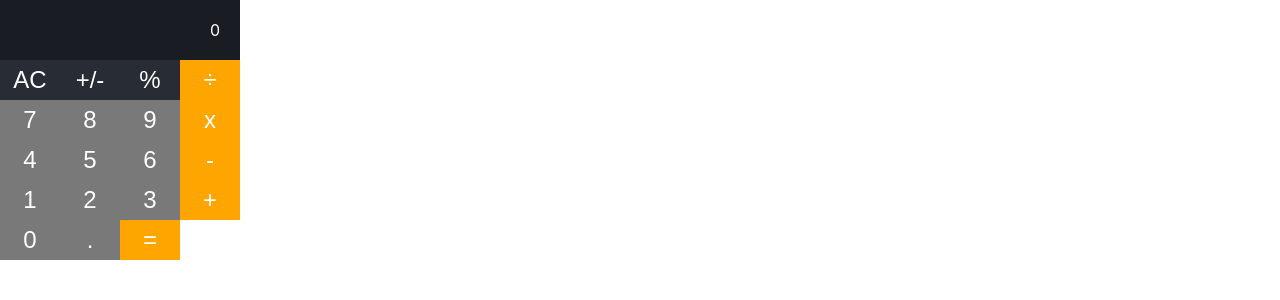
Repository: catsarenotreal/CalculatorWebApp
Page: /
These files come from the project's save history. The page is drawn as it stood at one moment and after the next save; the edit follows.
The browser window is 1280 px wide. The pictures show the whole page.
The project was rebuilt for these pictures with package versions that can differ from the ones it lists, and the page was loaded fresh each time.

Above is the page before, as saved 2024-08-23 16:21:27.

After the next save:
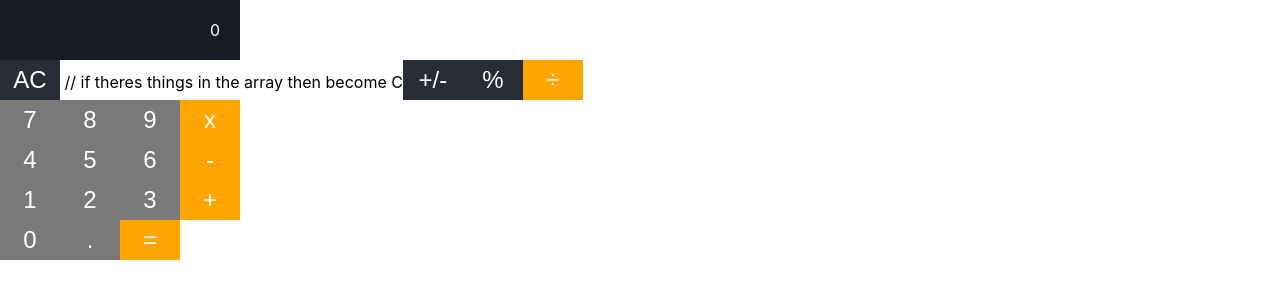
Saved 2 days later.
--- a/src/App.tsx
+++ b/src/App.tsx
@@ -3,25 +3,29 @@
 import { useState } from 'react';
 import './App.css';
 
-let stack : string[] = [];
-let prevOp : operations = "+";
-var currNum : number = NaN;
+let stack : string[] = ['0']; // length should never be 0
+// let prevOp : operations = "+";
+var currNum : number = 0; // number on display to the display screen
 
 // const [display, setDisplay] = useState(0);
 
-type operations = "+" | "-" | "x" | "÷";
+// type operations = "+" | "-" | "x" | "÷";
+const operations = ["+" , "-" , "x" , "÷"] as const;
+type Operations = (typeof operations)[number];
+const isOp = (x:any): x is Operations => operations.includes(x);
 
 type Props = {
   val : string;
   colour : 'orange'|'darkgrey'|'lightgrey';
-  setDisplay : React.Dispatch<React.SetStateAction<number>>;
+  setDisplay : React.Dispatch<React.SetStateAction<string>>;
 }
 
 function refresh(props : Props){
   stack.length = 0;
-  currNum = NaN;
+  stack = ['0'];
+  currNum = 0;
   const setDisplay = props.setDisplay;
-  setDisplay(0);
+  setDisplay('0');
 }
 
 // function takeOp(op : string){
@@ -34,66 +38,98 @@
   // const [display, setDisplay] = useState(0);
   // TODO: after a new number is pressed (after the result of a = has been displayed), do a background refresh
 
-  function calculation(op : string) { // when pressing operations, the prior evaluation is supposed to show
+  function stackBack(val : Operations | string){ // takes in operation, compresses the stack (nothing is returned)
 
-    let newNum : number = Number(stack.join(''));
-    stack.length = 0; // clearing stack
+    // after pressing an operation, work on the previous (if any) calculation and squeeze to one grid
+    // basically when operation is encountered, squeeze previous into a number
+    // assume that prev is number alr
+
+    if (isOp(val)){ // is operation,
+      if (stack.length === 1){ // num only, only need to push in the op
+        stack.push(val);
+      }
+
+      else{ // has num and operation, causes collapse of stack
+        let firstNum : number = Number(stack[0]);
+        let answer = calculation(firstNum, currNum, val);
+        stack.length = 0; // collapsing
+
+        if (answer === "error"){ // for div by 0
+          // setDisplay('Not a Number');
+          return; // returns with stack.lenght == 0
+          // ask to trigger a refresh,when stack.length == 0
+          // division by 0 error
+        }
+        else {
+          stack = [answer.toString()];
+        }
+      }
+
+    }
+
+    else{ // is number
+
+      if (stack.length == 2){ // digit + op only
+        stack.push(val.toString());
+        currNum = Number(val);
+      }
+      else if (stack.length == 1 || stack.length == 3){ // currently on number mode
+        // dont run the op yet
+        // only trying to push the second number tgt
+        // ignore the first two elements
+        currNum = currNum * 10 + Number(val);
+        stack.pop(); // remove current existing number and replace with new one
+        stack.push(currNum.toString());
+
+      }
+    }
+
+
+
+
+
+  }
+
+  function calculation(firstNum : number, secondNum : number, op : Operations) : string | number  {
 
     switch (op){
       case "+": //
-        currNum += newNum;
-        console.log("sums to " + currNum);
-        break;
-      case "-": // TODO: not correct
-        currNum -= newNum;
-        break;
-      case "÷":  // TODO: why does one
-        if (newNum === 0) {
-          setDisplay(NaN);
-          refresh({val, colour, setDisplay }); // display not a number and refresh backend
-          break;
+        return firstNum + secondNum;
+      case "-":
+        return firstNum - secondNum;
+      case "÷":
+        if (secondNum === 0) {
+          // setDisplay(NaN);
+          // refresh({val, colour, setDisplay }); // display not a number and refresh backend
+          return "error";
         }
-        currNum /= newNum;
-        console.log(currNum + " divide by " + newNum);
-        break;
+        return firstNum / secondNum;
       case "x":
-        currNum *= newNum;
-        break;
-
+        return firstNum * secondNum;
     }
-
-    setDisplay(currNum);
-    console.log("calculation: " + currNum);
 
   }
 
   function handleClick(props : Props){
     var val = props.val;
 
-    if (val === "="){
-      val = prevOp;
-    }
-
-    if (val === "+" || val === "-" || val === "x" || val === "÷"){
-      if (Number.isNaN(currNum)){
-        currNum = 0;
-      }
-      prevOp = val;
-      calculation(val);
-      setDisplay(currNum);
-
-    }
-    else if (val === "AC"){
+    if (val === "AC"){
       refresh(props);
     }
-    else{
-      if (Number.isNaN(currNum)){ // initialiser
-        currNum = Number(val);
+    else{ // number
+      // post-operation number
+      if (isOp(val) || !Number.isNaN(Number(val))){
+        stackBack(val);
       }
-      stack.push(val);
-      let newNum : number = Number(stack.join(''));
-      console.log("number selected: " + newNum);
-      setDisplay(newNum);
+
+      if (stack.length == 0){ // division by 0 has occured, trigger refresh
+        setDisplay("Not a Number");
+        refresh(props); // resets stack length to > 0
+      }
+      else{
+        setDisplay(currNum.toString());
+      }
+
     }
   }
 
@@ -118,14 +154,14 @@
 */
 
 export default function Calc() {
-  const [display, setDisplay] = useState(0); // display is number by default
+  const [display, setDisplay] = useState('0'); // display is number by default
   return (
     <main>
       <div className = "row">
         <div className= "DisplayScreen">{`${(display)}`}</div>
       </div>
       <div className = "row">
-        <Buttons val={'AC'} colour = 'darkgrey' setDisplay = {setDisplay} />
+        <Buttons val={'AC'} colour = 'darkgrey' setDisplay = {setDisplay} /> // if theres things in the array then become C
         <Buttons val={'+/-'} colour = 'darkgrey' setDisplay = {setDisplay}/>
         <Buttons val={'%'} colour = 'darkgrey' setDisplay = {setDisplay} / >
         <Buttons val={'÷'} colour = 'orange' setDisplay = {setDisplay} />

After the save that followed:
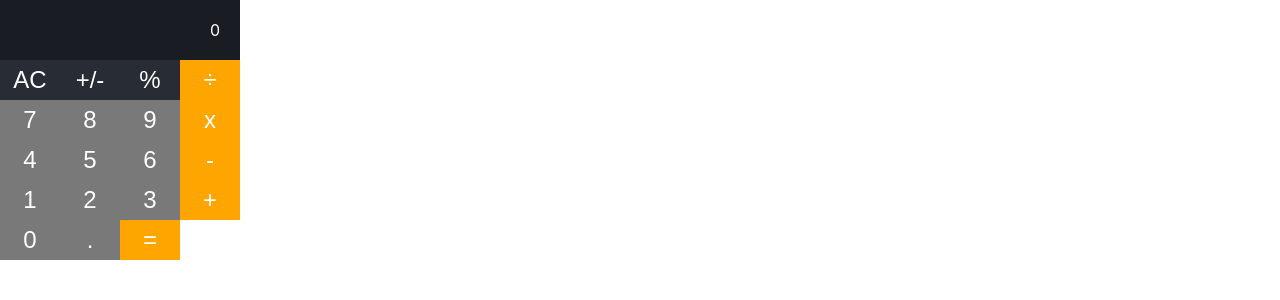
Saved 27 s later.
--- a/src/App.tsx
+++ b/src/App.tsx
@@ -161,7 +161,7 @@
         <div className= "DisplayScreen">{`${(display)}`}</div>
       </div>
       <div className = "row">
-        <Buttons val={'AC'} colour = 'darkgrey' setDisplay = {setDisplay} /> // if theres things in the array then become C
+        <Buttons val={'AC'} colour = 'darkgrey' setDisplay = {setDisplay} />
         <Buttons val={'+/-'} colour = 'darkgrey' setDisplay = {setDisplay}/>
         <Buttons val={'%'} colour = 'darkgrey' setDisplay = {setDisplay} / >
         <Buttons val={'÷'} colour = 'orange' setDisplay = {setDisplay} />
